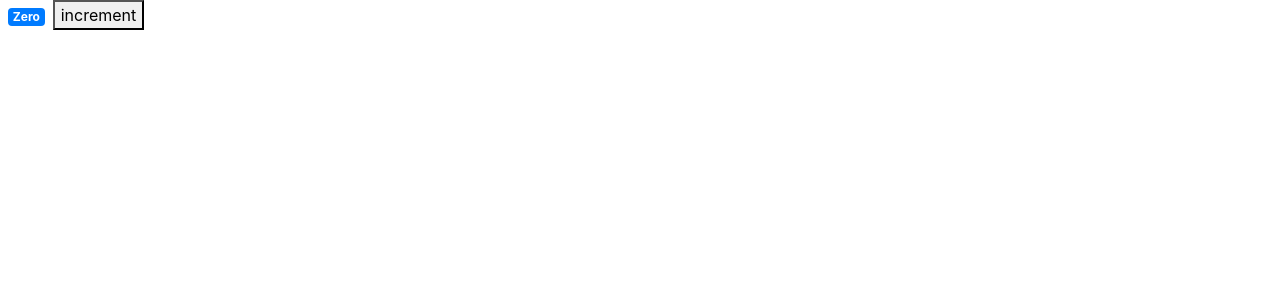
Repository: AvinashLikesToLearnNewStuff/Counter_app
Page: /
These files come from the project's save history. The page is drawn as it stood at one moment and after the next save; the edit follows.
The browser window is 1280 px wide. The pictures show the whole page.
The project was rebuilt for these pictures with package versions that can differ from the ones it lists, and the page was loaded fresh each time. Also part of the build but not shown: src/components/navbar.jsx, src/App.css, src/App.js. Imported but missing from the stored project, and not drawn on this page: src/components/counters.

Above is the page before, as saved 2023-02-27 13:12:48.

After the next save:
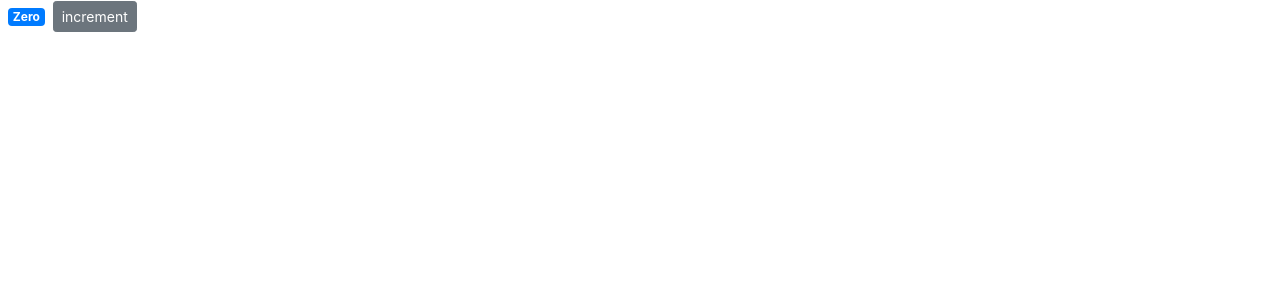
Saved 117 s later.
--- a/src/components/counter.jsx
+++ b/src/components/counter.jsx
@@ -10,7 +10,7 @@ class Counter extends Component {
     return (
       <div>
         <span className="badge badge-primary m-2">{this.formatCount()}</span>
-        <button>increment</button>
+        <button className="btn btn-secondary btn-sm">increment</button>
       </div>
     );
   }
